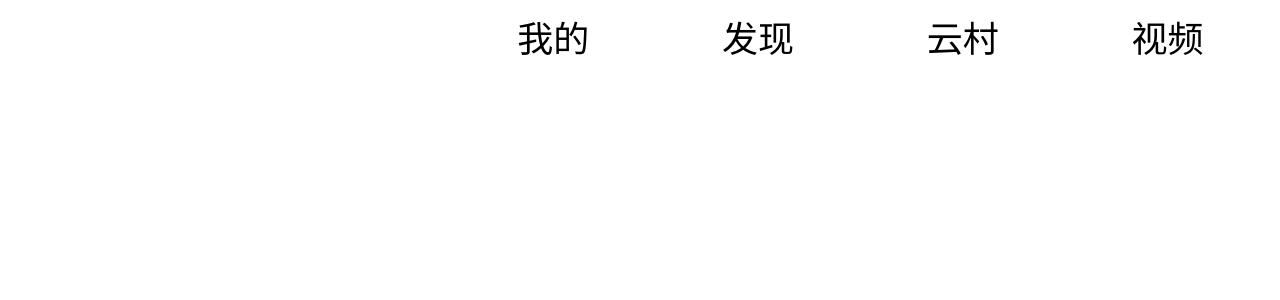
Repository: Kimice1230/Vue-
Page: / (app in wangyiyun-app/)
These files come from the project's save history. The page is drawn as it stood at one moment and after a run of saves; the edit follows.
The browser window is 1280 px wide. The pictures show the whole page.
The project was rebuilt for these pictures with package versions that can differ from the ones it lists, and the page was loaded fresh each time. Also part of the build but not shown: wangyiyun-app/vue.config.js.

Above is the page before, as saved 2022-07-19 16:03:04.

After the next 2 saves:
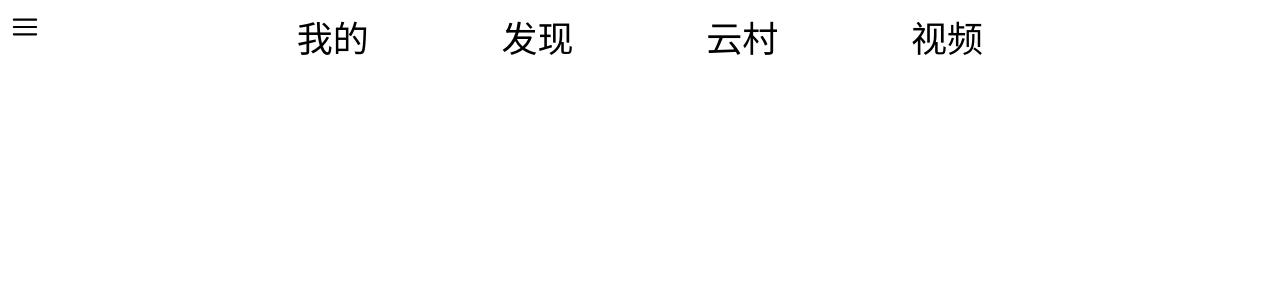
The 2 saves are shown as one change because they came seconds apart.
The last was saved 20 s later.
--- a/wangyiyun-app/src/components/home/TopNav.vue
+++ b/wangyiyun-app/src/components/home/TopNav.vue
@@ -1,7 +1,7 @@
 <template>
   <div class="TopNav">
     <div><svg class="icon" aria-hidden="true">
-    <use xlink:href="#icon-xxx"></use>
+    <use xlink:href="#icon-caidan"></use>
 </svg></div>
 
     <div class="topContent">
@@ -11,7 +11,7 @@
         <span>视频</span>
      </div>
 
-    <!-- <div><svg class="icon"></svg></div> -->
+    <div><svg class="icon"></svg></div>
   </div>
 </template>
 
